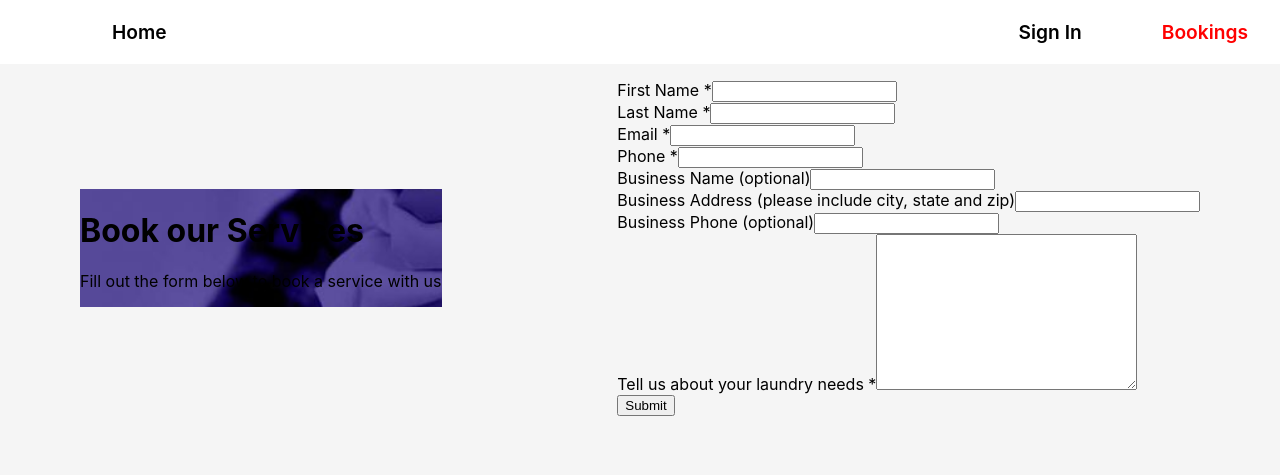
Repository: MikkyPrestige/fake-user-authentication
Page: /booking
The author's editor kept a copy of each file at every save. The page is drawn from the files as they stood at one save, then again after the next save.
The browser window is 1280 px wide. The pictures show the whole page.
The project was rebuilt for these pictures with package versions that can differ from the ones it lists, and the page was loaded fresh each time. Also part of the build but not shown: src/assets/styles/home.css, src/components/home.jsx.

Above is the page before, as saved 2022-11-20 03:04:09.

After the next save:
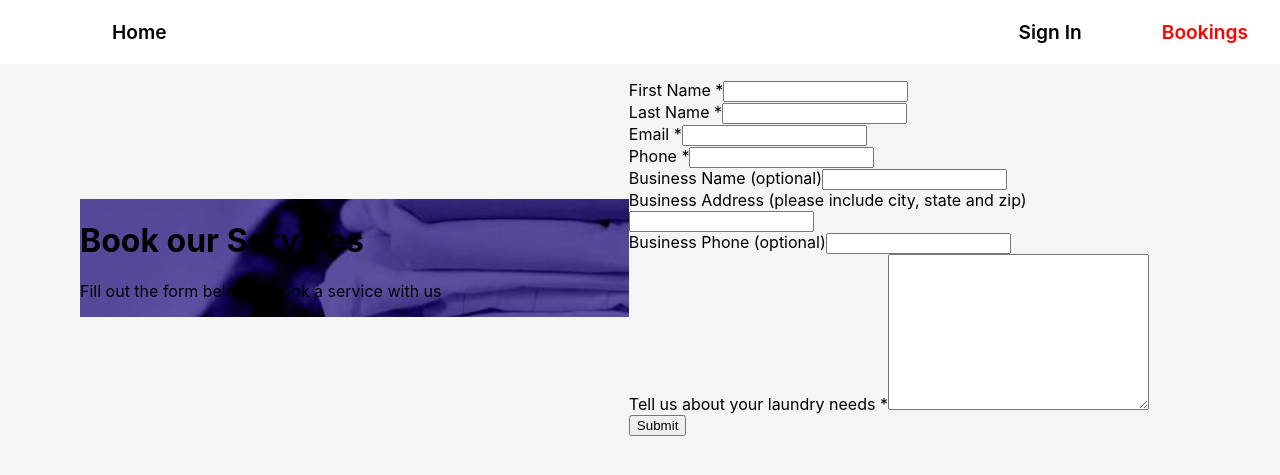
Saved 8 s later.
--- a/src/assets/styles/booking.css
+++ b/src/assets/styles/booking.css
@@ -11,7 +11,7 @@
 }
 
 .booking__content {
-  /* width: 50%; */
+  width: 50%;
   background-image: url(../img/folded-clothes.jpeg);
   background-repeat: no-repeat;
   background-size: cover;
